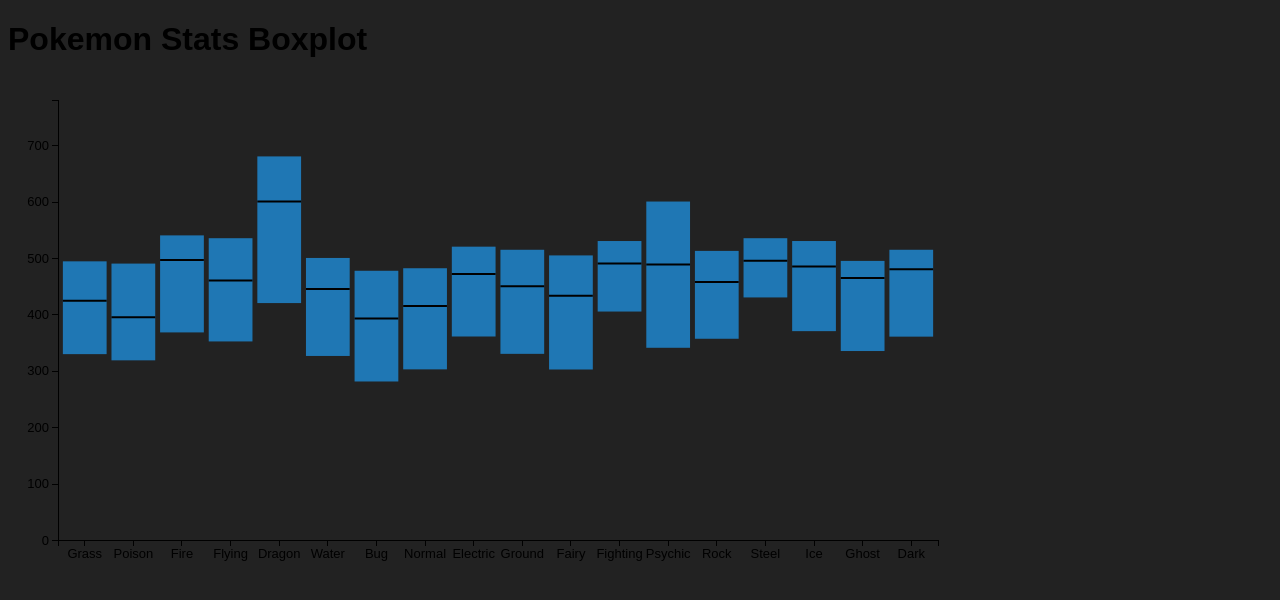
Repository: Cartterr/Proyecto-VisInfo
Page: Propuesta1_Tipos_Cajas.html
The author's editor kept a copy of each file at every save. The page is drawn from the files as they stood at one save, then again after the next save.
The browser window is 1280 px wide. The pictures show the whole page.

Above is the page before, as saved 2023-06-27 00:26:15.

After the next save:
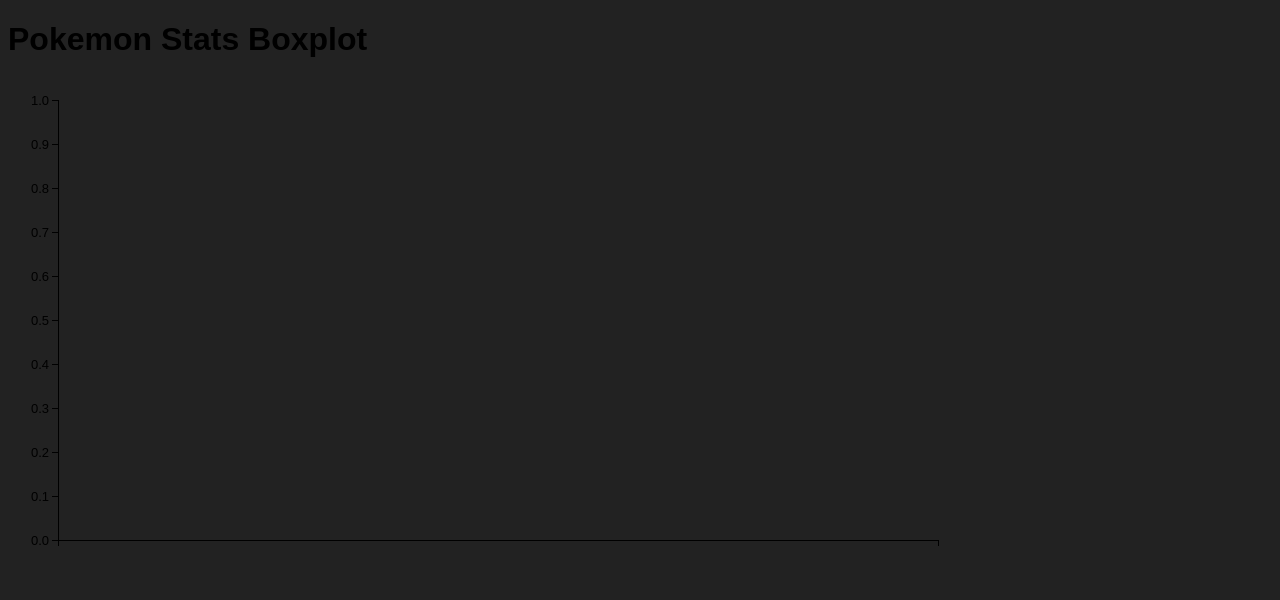
Console error: ReferenceError: updateChart is not defined
Saved 21 h 49 min later.
--- a/Propuesta1_Tipos_Cajas.js
+++ b/Propuesta1_Tipos_Cajas.js
@@ -1,6 +1,6 @@
 d3.csv("pokemon.csv").then(data => {
-    const types = Array.from(new Set(data.flatMap(d => [d["Type 1"], d["Type 2"]]).filter(Boolean)));
-    const typeStats = types.map(type => data.filter(d => d["Type 1"] === type || d["Type 2"] === type).map(d => +d.Total));
+    const types = Array.from(new Set(data.map(d => d["Type 1"])));
+    const statNames = ["HP", "Attack", "Defense", "Sp. Atk", "Sp. Def", "Speed"];
 
     const margin = { top: 20, right: 30, bottom: 40, left: 50 },
         width = 960 - margin.left - margin.right,
@@ -15,44 +15,97 @@
 
     const x = d3.scaleBand()
         .range([0, width])
-        .domain(types)
         .padding(0.1);
 
     const y = d3.scaleLinear()
-        .range([height, 0])
-        .domain([0, d3.max(typeStats, d => d3.max(d))]);
+        .range([height, 0]);
 
     const xAxis = d3.axisBottom(x);
     const yAxis = d3.axisLeft(y);
 
     svg.append("g")
-        .attr("class", "axis")
+        .attr("class", "axis x-axis")
         .attr("transform", `translate(0,${height})`)
         .call(xAxis);
 
     svg.append("g")
-        .attr("class", "axis")
+        .attr("class", "axis y-axis")
         .call(yAxis);
 
-    const boxWidth = Math.min(50, x.bandwidth());
+    const updateBoxPlot = (selectedType) => {
+        const typeData = data.filter(d => d["Type 1"] === selectedType);
 
-    svg.selectAll(".box")
-        .data(typeStats)
+        const typeStats = statNames.map(stat => typeData.map(d => +d[stat]));
+
+        x.domain(statNames);
+        y.domain([0, d3.max(typeStats, d => d3.max(d))]);
+
+        svg.select(".x-axis")
+            .call(xAxis);
+
+        svg.select(".y-axis")
+            .transition()
+            .duration(250)
+            .call(yAxis);
+
+        const boxWidth = Math.min(50, x.bandwidth());
+
+        svg.selectAll(".box")
+            .data(typeStats)
+            .join("rect")
+            .transition()
+            .duration(450)
+            .attr("class", "box")
+            .attr("x", (d, i) => x(statNames[i]) + (x.bandwidth() - boxWidth) / 2)
+            .attr("width", boxWidth)
+            .attr("y", d => y(d3.quantile(d, 0.75)))
+            .attr("height", d => y(d3.quantile(d, 0.25)) - y(d3.quantile(d, 0.75)));
+
+        typeList.selectAll("li")
+            .classed("selected", d => d === selectedType);
+
+        svg.selectAll(".median")
+            .data(typeStats)
+            .join("line")
+            .transition()
+            .duration(450)
+            .attr("class", "median")
+            .attr("x1", (d, i) => x(statNames[i]) + (x.bandwidth() - boxWidth) / 2)
+            .attr("x2", (d, i) => x(statNames[i]) + (x.bandwidth() + boxWidth) / 2)
+            .attr("y1", d => y(d3.median(d)))
+            .attr("y2", d => y(d3.median(d)));
+    };
+
+    // Add this somewhere near your other scale definitions
+    const genScale = d3.scaleLinear()
+    .domain([1, 8]) // Assumes you have 8 generations of Pokemon
+    .range([0, width]);
+
+    // Create the brush
+    const brush = d3.brushX()
+    .extent([[0, 0], [width, 30]]) // 30 is the height of the brush area
+    .on("end", updateChart);
+
+    // Add a new SVG to hold the brush
+    const brushSvg = d3.select("#boxplot")
+    .append("svg")
+    .attr("width", width + margin.left + margin.right)
+    .attr("height", 50) // Height of the brush SVG
+    .append("g")
+    .attr("transform", `translate(${margin.left},${margin.top})`)
+    .call(brush);
+
+    const typeList = d3.select("#typeList");
+    typeList.selectAll("li")
+        .data(types)
         .enter()
-        .append("rect")
-        .attr("class", "box")
-        .attr("x", (d, i) => x(types[i]) + (x.bandwidth() - boxWidth) / 2)
-        .attr("width", boxWidth)
-        .attr("y", d => y(d3.quantile(d, 0.75)))
-        .attr("height", d => y(d3.quantile(d, 0.25)) - y(d3.quantile(d, 0.75)));
+        .append("li")
+        .text(d => d)
+        .on("click", function () {
+            const selectedType = d3.select(this).text();
+            updateBoxPlot(selectedType);
+        });
 
-    svg.selectAll(".median")
-        .data(typeStats)
-        .enter()
-        .append("line")
-        .attr("class", "median")
-        .attr("x1", (d, i) => x(types[i]) + (x.bandwidth() - boxWidth) / 2)
-        .attr("x2", (d, i) => x(types[i]) + (x.bandwidth() + boxWidth) / 2)
-        .attr("y1", d => y(d3.median(d)))
-        .attr("y2", d => y(d3.median(d)));
+    // Initialize with the first type
+    updateBoxPlot(types[0]);
 });

After the save that followed:
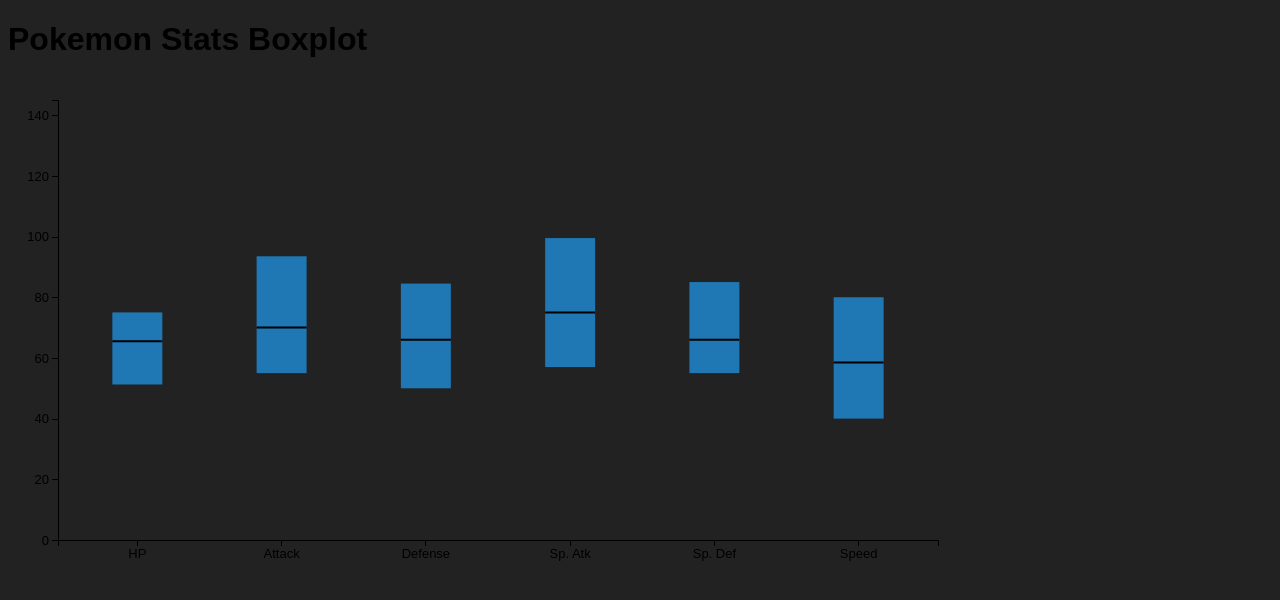
The error is gone.
Saved 19 s later.
--- a/Propuesta1_Tipos_Cajas.js
+++ b/Propuesta1_Tipos_Cajas.js
@@ -76,24 +76,7 @@
             .attr("y2", d => y(d3.median(d)));
     };
 
-    // Add this somewhere near your other scale definitions
-    const genScale = d3.scaleLinear()
-    .domain([1, 8]) // Assumes you have 8 generations of Pokemon
-    .range([0, width]);
 
-    // Create the brush
-    const brush = d3.brushX()
-    .extent([[0, 0], [width, 30]]) // 30 is the height of the brush area
-    .on("end", updateChart);
-
-    // Add a new SVG to hold the brush
-    const brushSvg = d3.select("#boxplot")
-    .append("svg")
-    .attr("width", width + margin.left + margin.right)
-    .attr("height", 50) // Height of the brush SVG
-    .append("g")
-    .attr("transform", `translate(${margin.left},${margin.top})`)
-    .call(brush);
 
     const typeList = d3.select("#typeList");
     typeList.selectAll("li")
